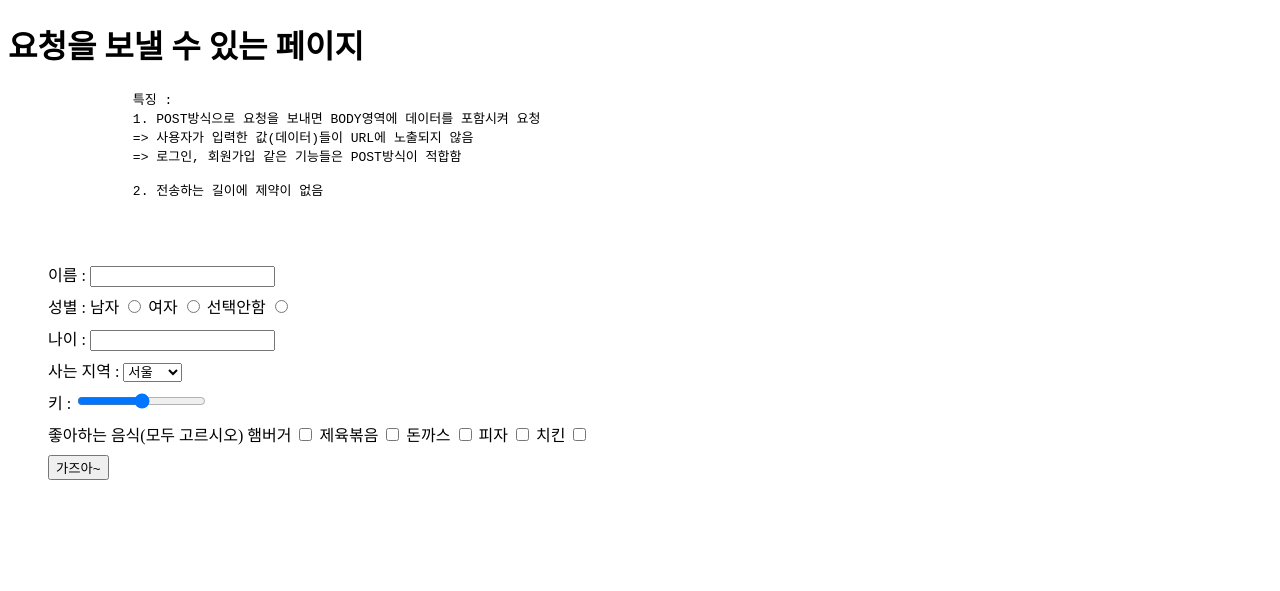
Repository: rlaehqkf/java_practice
Page: MyFirstWebProject/src/main/webapp/views/request_post.html
An editor plug-in stored every save of this project. The page is shown before and after the next save, followed by the edit.
The browser window is 1280 px wide. The pictures show the whole page.

Above is the page before, as saved 2026-05-06 00:21:20.

### MyFirstWebProject/src/main/webapp/views/request_post.html
<!DOCTYPE html>
<html>
<head>
<meta charset="UTF-8">
<title>요청을 보내야겠다~~</title>
<style>
	ul{
		list-style : none;
		line-height : 200%;
	}

</style>



</head>
<body>

	<h1>요청을 보낼 수 있는 페이지</h1>

	<pre>
		특징 :
		1. POST방식으로 요청을 보내면 BODY영역에 데이터를 포함시켜 요청
		=> 사용자가 입력한 값(데이터)들이 URL에 노출되지 않음
		=> 로그인, 회원가입 같은 기능들은 POST방식이 적합함

		2. 전송하는 길이에 제약이 없음


	</pre>

	<!--
		form태그 안에 존재하는 submit타입의 버튼 클릭 시
		form태그의 속성 중 action속성에 작성된 URL로 요청을 보냄!!
		Controller로 요청을 보내야함 -> Servlet

		http://localhost:8088/first
	 -->


	<form method="get" action="http://localhost:8088/first/first.do" >
		<ul>
			<li>
				이름 : <input type="text" name="name"/>
			</li>
			<li>
				성별 :
				남자 <input type="radio" name="gender" value="남자" />
				여자 <input type="radio" name="gender" value="여자" />
				선택안함 <input type="radio" name="gender" value="선택 안 함" />
			</li>
			<li>
				나이 : <input type="number" name="age" />
			</li>
			<li>
				사는 지역 :
				<select name="city">
					<option>서울</option>
					<option value="제주도">제주도</option>
				</select>
			</li>
			<li>
				키 : <input type="range" min="130" max="220" name="height" />
			</li>
			<li>
				좋아하는 음식(모두 고르시오)
				햄버거 <input type="checkbox" name="food" value="햄버거" />
				제육볶음 <input type="checkbox" name="food" value="제육볶음" />
				돈까스 <input type="checkbox" name="food" value="돈까스" />
				피자 <input type="checkbox" name="food" value="피자" />
				치킨 <input type="checkbox" name="food" value="치킨" />
			</li>
			<li>
				<button type="submit">가즈아~</button>
			</li>
			<li>

			</li>
		</ul>
	</form>



	<!--

	<form method="get" action="http://localhost:8088/first/second.do" >
		<ul>
			<li>
				이름 : <input type="text" name="name" />
			</li>
			<li>
				포지션 :
				골키퍼 <input type="radio" name="position" />
				수비수 <input type="radio" name="position" />
				미드필더 <input type="radio" name="position" />
				공격수 <input type="radio" name="position" />
			</li>
			<li>
				키 : <input type="range" min="100" max="300" name="height"/>
			</li>
			<li>
				몸무게 : <input type="range" min="30" max="200" name="weight" />
			</li>
			<li>
				대륙 :
				아시아, 오세아니아 <input type="radio" name="continent" />
				유럽 <input type="radio" name="continent" />
				아메리카 <input type="radio" name="continent" />
				아프리카 <input type="radio" name="continent" />
			</li>
			<li>
				악세사리 :
				안경 <input type="checkbox" name="accessory">
				문신토시 <input type="checkbox" name="accessory">
				장화 <input type="checkbox" name="accessory">
				헬멧 <input type="checkbox" name="accessory">
			</li>
			<li>

			</li>
			<li>

			</li>
			<li>

			</li>
			<li>

			</li>
			<li>

			</li>




		</ul>
	</form>

	-->













</body>
</html>

After the next save:
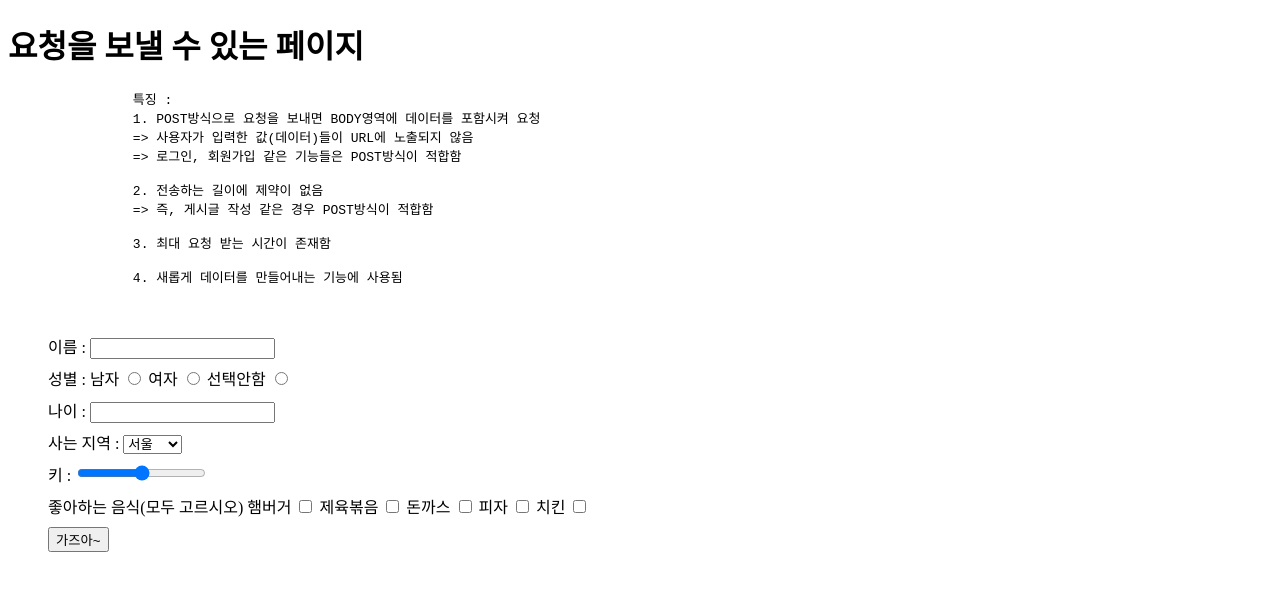
Saved 4 min 34 s later.
--- a/MyFirstWebProject/src/main/webapp/views/request_post.html
+++ b/MyFirstWebProject/src/main/webapp/views/request_post.html
@@ -25,7 +25,11 @@
 		=> 로그인, 회원가입 같은 기능들은 POST방식이 적합함
 
 		2. 전송하는 길이에 제약이 없음
+		=> 즉, 게시글 작성 같은 경우 POST방식이 적합함
 
+		3. 최대 요청 받는 시간이 존재함
+
+		4. 새롭게 데이터를 만들어내는 기능에 사용됨
 
 	</pre>
 
@@ -38,7 +42,8 @@
 	 -->
 
 
-	<form method="get" action="http://localhost:8088/first/first.do" >
+	<form method="post" action="http://localhost:8088/first/first.do" >
+	<!-- first.do 자리는 서블릿매핑값 매핑값이라고 부름 -->
 		<ul>
 			<li>
 				이름 : <input type="text" name="name"/>
